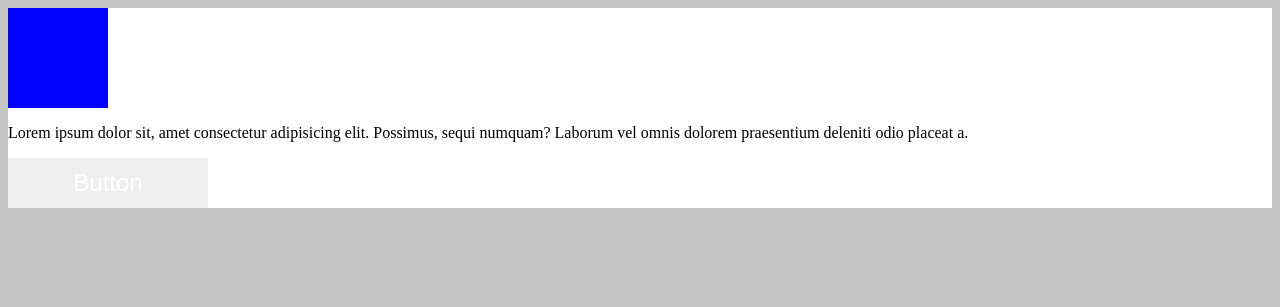
Repository: sparrowkg/TeamWork
Page: index.html
An editor plug-in stored every save of this project. The page is shown before and after the next save, followed by the edit.
The browser window is 1280 px wide. The pictures show the whole page.

Above is the page before, as saved 2024-02-08 12:53:06.

### index.html
<!DOCTYPE html>
<html lang="en">
<head>
    <meta charset="UTF-8">
    <meta name="viewport" content="width=device-width, initial-scale=1.0">
    <title>Document</title>
    <link rel="stylesheet" href="./style.css">
</head>
<body>

    <div class="container">
        <div class="pic"></div>
        <p>Lorem ipsum dolor sit, amet consectetur adipisicing elit. Possimus, sequi numquam? Laborum vel omnis dolorem praesentium deleniti odio placeat a.</p>
        <button>Button</button>
    </div>

</body>
</html>

### style.css

body {
  background-color: #c6c6c6;

}
.container {
    background-color: #fff;
    p
}
.pic {
    width: 100px;
    height: 100px;
    background-color: blue;
}
button {
    color: #fff;
    border: none;
    width: 200px;
    height: 50px;
    font-size: 24px;

}

After the next save:
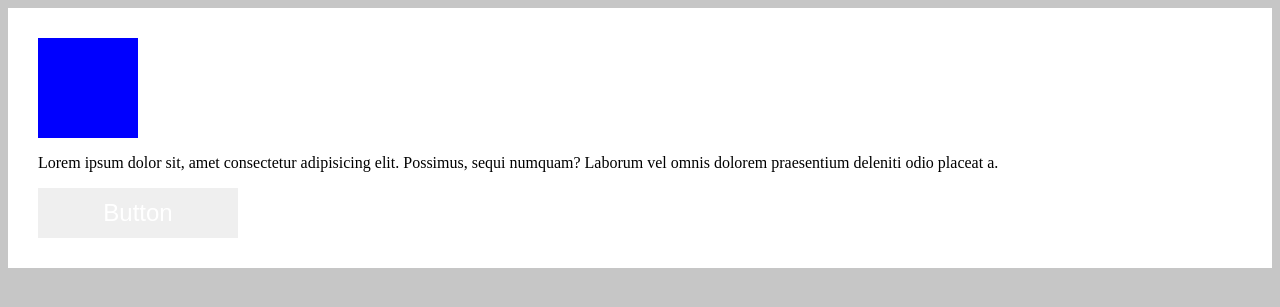
Saved 4 s later.
--- a/style.css
+++ b/style.css
@@ -5,7 +5,7 @@
 }
 .container {
     background-color: #fff;
-    p
+    padding: 30px;
 }
 .pic {
     width: 100px;
